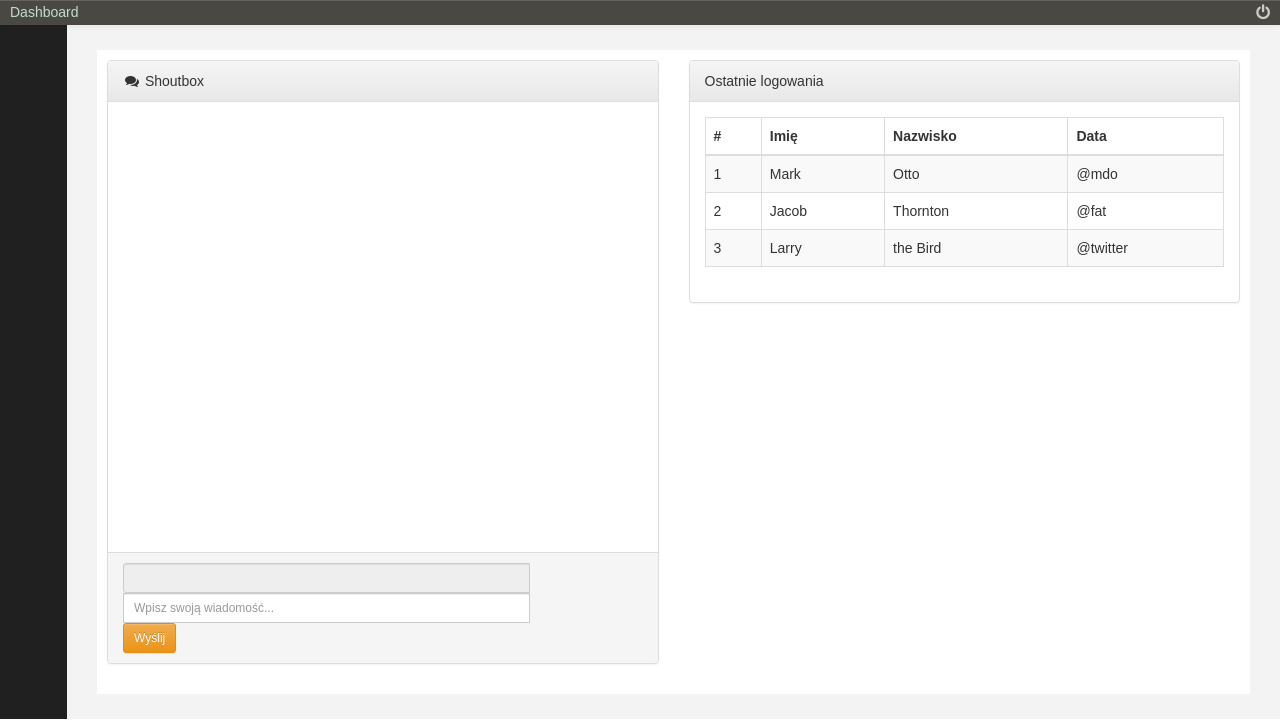
Repository: bitterpiter/angularproject
Page: index.html
The author's editor kept a record of every edit. The page is drawn from the files as they stood at one moment, then again after the next edit.
The browser window is 1280 px wide. The pictures show the whole page.

Above is the page before.
Console error: ReferenceError: startTime is not defined

### index.html
<!DOCTYPE html>
<html ng-app="adminPanel">

<head>
    <meta charset="utf-8">
    <title>Projekt zaawansowane techniki internetowe</title>
    <meta name="description" content="">
    <meta name="viewport" content="width=device-width, initial-scale=1">
    <link rel="stylesheet" href="bower_components/bootstrap/dist/css/bootstrap.min.css">
    <link rel="stylesheet" href="bower_components/bootstrap/dist/css/bootstrap-theme.min.css">
    <link rel="stylesheet" href="bower_components/fontawesome/css/font-awesome.min.css">
    <link rel="stylesheet" href="assets/css/style.css">
    <style>
        .last-login {
            float: right;
            font-size: 16px;
            margin: 2px 10px;
        }
        .panel-title {
            float: left;
            color: #c4dbd2;
            font-size: 14px;
            margin: 2px 10px;
        }
    </style>
</head>

<body>
    <div id="main-container">
        <nav class="navbar navbar-default navbar-cls-top " role="navigation" style="margin-bottom: 0">
            <span class="panel-title">Dashboard</span>
            <span class="last-login">
                <span id="clock"></span>
                <a href="#" class="little-btn">
                    <i class="fa fa-power-off"></i>
                </a>
            </span>
        </nav>
        <nav class="navbar-default navbar-side no-radius" role="navigation">
            <div class="sidebar-collapse">
                <ul class="nav" id="main-menu" ng-controller="menuCtrl">
                    <li ng-repeat="position in menuPositions">
                        <a href="{{position.href}}"><i class="fa {{position.icon}} fa-3x"></i>
                        <span class="menu-title">{{position.title}}</span>
                        </a>
                    </li>
                </ul>
            </div>
        </nav>

        <div id="page-wrapper">
            <div id="page-inner">
                <div class="row">
                    <div class="col-md-6 col-sm-12 col-xs-12">

                        <div ng-controller="shoutboxCtrl" class="chat-panel panel panel-default chat-boder chat-panel-head">
                            <div class="panel-heading">
                                <i class="fa fa-comments fa-fw"></i>
                                <span>Shoutbox</span>
                            </div>

                            <div class="panel-body">
                                <ul class="chat-box">
                                    <li ng-repeat="(id,message) in shoutboxMessages | orderBy:'date'" class="left clearfix">
                                        <span class="chat-img pull-left">
                                            <i class="fa fa-user fa-3x"></i>
                                        </span>
                                        <div class="chat-body">
                                            <strong>{{message.user}}</strong>
                                            <a class="fa fa-remove fa-fw remove-msg" ng-click="removeMessage(id)"></a>
                                            <small class="pull-right text-muted">
                                                <i class="fa fa-clock-o fa-fw"></i>{{message.date | date:'yyyy-MM-dd HH:mm:ss'}}
                                            </small>
                                            <p>
                                                {{message.msg}}
                                            </p>
                                        </div>
                                    </li>
                                </ul>
                            </div>
                            <div class="panel-footer">
                                <div class="input-group">

                                    <form ng-submit="addMessage(newMessage, newMsgUser)">
                                        <input type="text" ng-model="newMsgUser" class="form-control input-sm" readonly />

                                            <input type="text" ng-model="newMessage" class="form-control input-sm" placeholder="Wpisz swoją wiadomość..." />
                                            <button class="btn btn-warning btn-sm" id="btn-chat">
                                                Wyślij
                                            </button>
                                        </span>
                                    </form>
                                </span>
                                </div>
                            </div>
                        </div>
                    </div>
                     <div class="col-md-6 col-sm-12 col-xs-12">
                        <div class="panel panel-default">
                            <div class="panel-heading">
                                Ostatnie logowania
                            </div>
                            <div class="panel-body">
                                <div class="table-responsive">
                                    <table class="table table-striped table-bordered table-hover">
                                        <thead>
                                            <tr>
                                                <th>#</th>
                                                <th>Imię</th>
                                                <th>Nazwisko</th>
                                                <th>Data</th>
                                            </tr>
                                        </thead>
                                        <tbody>
                                            <tr>
                                                <td>1</td>
                                                <td>Mark</td>
                                                <td>Otto</td>
                                                <td>@mdo</td>
                                            </tr>
                                            <tr>
                                                <td>2</td>
                                                <td>Jacob</td>
                                                <td>Thornton</td>
                                                <td>@fat</td>
                                            </tr>
                                            <tr>
                                                <td>3</td>
                                                <td>Larry</td>
                                                <td>the Bird</td>
                                                <td>@twitter</td>
                                            </tr>
                                        </tbody>
                                    </table>
                                </div>
                            </div>
                        </div>
                    </div>
                </div>
            </div>
        </div>
    </div>
    <script type="text/javascript" src="bower_components/angular/angular.min.js"></script>
    <script type="text/javascript" src="bower_components/angular-ui-router/release/angular-ui-router.min.js"></script>
    <script type="text/javascript" src="bower_components/angularfire/dist/angularfire.min.js"></script>
    <script type="text/javascript" src="bower_components/firebase/firebase.js"></script>
    <script type="text/javascript" src="bower_components/jquery/dist/jquery.min.js"></script>
    <script type="text/javascript" src="bower_components/underscore/underscore-min.js"></script>
    <script type="text/javascript" src="bower_components/jquery/dist/jquery.min.js"></script>
    <script type="text/javascript" src="bower_components/bootstrap/dist/js/bootstrap.min.js"></script>
    <script type="text/javascript" src="assets/js/clock.js"></script>
    <script type="text/javascript" src="assets/js/timeconvert.js"></script>
    <script type="text/javascript" src="assets/js/script.js"></script>
    <script type="text/javascript" src="assets/js/config.js"></script>
    <script type="text/javascript" src="assets/js/controllers/shoutbox.js"></script>
    <script type="text/javascript" src="assets/js/factories/shoutbox_factory.js"></script>
    <script type="text/javascript" src="assets/js/controllers/menu.js"></script>
    <script type="text/javascript" src="assets/js/factories/menu_factory.js"></script>


</body>

</html>

### assets/css/style.css

body {
    font-family: 'Ubuntu', sans-serif;
}
#main-container {
    width: 100%;
    background: #202020;
}
#page-wrapper {
    padding: 15px 15px;
    background: #F3F3F3;
}
#page-inner {
    width: 100%;
    margin: 10px 20px 10px 0px;
    background-color: #fff!important;
    padding: 10px;
}
.no-radius{
    border-radius: 0px;
}
.text-center {
    text-align: center;
}
.no-boder {
    border: 1px solid #f3f3f3;
}
h2 {
    color: #f00;
}
h4 {
    padding-top: 10px;
}
.square-btn-adjust {
    border: 0px solid transparent;
    -webkit-border-radius: 0px;
    -moz-border-radius: 0px;
    border-radius: 0px;
}
p {
    font-size: 16px;
    line-height: 25px;
    padding-top: 20px;
}
.panel-back {
    background-color: #F8F8F8;
}
.noti-box {
    min-height: 100px;
    padding: 20px;
}
.noti-box .icon-box {
    display: block;
    float: left;
    margin: 0 15px 10px 0;
    width: 70px;
    height: 70px;
    line-height: 75px;
    vertical-align: middle;
    text-align: center;
    font-size: 40px;
}
.text-box p {
    margin: 0 0 3px;
}
.main-text {
    font-size: 25px;
    font-weight: 600;
}
.set-icon {
    -webkit-border-radius: 50px;
    -moz-border-radius: 50px;
    border-radius: 50px;
}
.bg-color-green {
    background-color: #00CE6F;
    color: #fff;
}
.bg-color-blue {
    background-color: #A95DF0;
    color: #fff;
}
.bg-color-red {
    background-color: #DB0630;
    color: #fff;
}
.bg-color-brown {
    background-color: #B94A00;
    color: #fff;
}
.icon-box-right {
    display: block;
    float: right;
    margin: 0 15px 10px 0;
    width: 70px;
    height: 70px;
    line-height: 75px;
    vertical-align: middle;
    text-align: center;
    font-size: 40px;
}
.main-temp-back {
    background: #8702A8;
    color: #FFFFFF;
    font-size: 16px;
    font-weight: 300;
    text-align: center;
}
.main-temp-back .text-temp {
    font-size: 40px;
}
.back-dash {
    padding: 20px;
    font-size: 20px;
    font-weight: 500;
    -webkit-border-radius: 0px;
    -moz-border-radius: 0px;
    border-radius: 0px;
    background-color: #2EA7EB;
    color: #fff;
}
.back-dash p {
    padding-top: 16px;
    font-size: 13px;
    color: #fff;
    line-height: 25px;
    text-align: justify;
}
.back-footer-green {
    background-color: #009B50;
    border-top: 0px solid #fff;
}
.back-footer-red {
    background-color: #AF0000;
    border-top: 0px solid #fff;
}
.color-bottom-txt {
    color: #000;
    font-size: 16px;
    line-height: 30px;
}
.chat-panel .panel-body {
    height: 450px;
    overflow-y: scroll;
}
.chat-box {
    margin: 0;
    padding: 0;
    list-style: none;
}
.chat-box li {
    margin-bottom: 15px;
    padding-bottom: 5px;
    border-bottom: 1px dotted #808080;
}
.chat-box li.left .chat-body {
    margin-left: 90px;
}
.chat-box li .chat-body p {
    margin: 0;
    color: #8d8888;
}
.chat-img>img {
    margin-left: 20px;
}
.user-image {
    margin: 25px auto;
    -webkit-border-radius: 10px;
    -moz-border-radius: 10px;
    border-radius: 10px;
    max-height: 170px;
    max-width: 170px;
}
.navbar-cls-top .navbar-brand {
    color: #fff;
    background: #C90000;
    width: 260px;
    text-align: center;
    height: 60px;
    font-size: 30px;
    font-weight: 700;
}
.active-menu {
    background-color: #C90000!important;
}
.arrow {
    float: right;
}
.fa.arrow:before {
    content: "\f104";
}
.active > a > .fa.arrow:before {
    content: "\f107";
}
.nav-second-level li,
.nav-third-level li {
    border-bottom: none !important;
}
.nav-second-level li a {
    padding-left: 37px;
}
.nav-third-level li a {
    padding-left: 55px;
}
.sidebar-collapse,
.sidebar-collapse .nav {
    background: none;
}
.sidebar-collapse .nav {
    padding: 0;
}
.sidebar-collapse .nav > li > a {
    color: #fff;
    background: #202020;
    text-shadow: none;
    padding: 10px 12px;
    text-align: center;
}
.sidebar-collapse .nav > li > a:hover,
.sidebar-collapse .nav > li > a:focus {
    background: #0A0A0A;
    outline: 0;
}
.nav-second-level > li > a:before,
.nav-third-level > li > a:before {
    content: "";
    display: block;
    position: absolute;
    left: 20px;
    width: 15px;
    height: 1px;
    background: #ff0000;
    top: 20px;
}
.nav-second-level > li > a:after,
.nav-third-level > li > a:after {
    content: "";
    display: block;
    position: absolute;
    left: 20px;
    width: 1px;
    height: 100%;
    background: #ff0000;
    top: 0px;
    z-index: 10;
}
.nav-second-level > li:last-child > a:after,
.nav-third-level > li:last-child > a:after {
    height: 50%;
}
.nav-third-level > li > a:after,
.nav-third-level > li > a:before {
    left: 40px;
}
.navbar-side {
    border: none;
    background-color: #202020;
}
.navbar-cls-top {
    background: #494842;
    border-bottom: none;
    height: 25px;
    min-height: 25px;
    width: 100%;
    z-index: 10000;
}
.navbar-cls-top .navbar-brand:hover {
    background: #C90000;
    color: #fff;
}
.navbar-default {
    border: 0px solid black;
}
.navbar-header {
    background: #A70303;
}
.navbar-default .navbar-toggle:hover,
.navbar-default .navbar-toggle:focus {
    background-color: #B40101;
}
.navbar-default .navbar-toggle {
    border-color: #fff;
}
.navbar-default .navbar-toggle .icon-bar {
    background-color: #FFF;
}
.last-login, .little-btn {
    color: #ccc;
}
.little-btn {
    display: inline-block;
}
.little-btn:active, .little-btn:visited {
    color: #ccc;
}
.little-btn:hover {
    color: #F00;
}
#clock {
    margin-right: 12px;
    font-size: 14px;
}
.remove-msg {
    cursor: pointer;
    color: #ccc;
}

.remove-msg:hover {
    color: #F00;
    text-decoration: none;
}
.menu-title {
    display: none;
}
.btn-chat-submit {
    float: right;
}
/*============================*/
@media(min-width:768px) {
    #page-wrapper {
        margin: 0 0 0 67px;
        padding: 15px 30px;
    }
    .navbar-side {
        z-index: 1;
        position: absolute;
        width: 67px;
    }
    .navbar {
        border-radius: 0px;
    }
}

### assets/js/timeconvert.js
function timeConverter(UNIX_timestamp) {
    var a = new Date(UNIX_timestamp * 1000);
    var months = ['Jan', 'Feb', 'Mar', 'Apr', 'May', 'Jun', 'Jul', 'Aug', 'Sep', 'Oct', 'Nov', 'Dec'];
    var year = a.getFullYear();
    var month = months[a.getMonth()];
    var date = a.getDate();
    var hour = a.getHours();
    var min = a.getMinutes();
    var sec = a.getSeconds();

    var time = date + ',' + month + ' ' + year + ' ' + hour + ':' + min + ':' + sec;
    return time;
}

### assets/js/script.js
$(document).ready(function() {
    startTime();
});

### assets/js/config.js
var myApp = angular.module("adminPanel", ["ui.router", "firebase"]);

myApp.constant('FIREBASE_URI', "https://website-techs.firebaseio.com/");
myApp.config(function($stateProvider, $urlRouterProvider) {
    $stateProvider
        .state('dashboard', {
            url: '/dashboard',
            templateUrl: 'templates/dashboard.html'
        })
        .state('categories', {
            url: '/categories',
            templateUrl: 'templates/categories.html'
        })
        .state('add-item', {
            url: '/add-item',
            templateUrl: 'templates/add-item.html',
            controller: 'ListCtrl'
        })
        .state('list.item', {
            url: '/:item',
            templateUrl: 'templates/list.item.html',
            controller: function($scope, $stateParams) {
                $scope.item = $stateParams.item;
            }
        });
    $urlRouterProvider.otherwise('/dashboard');
});

### assets/js/controllers/shoutbox.js
myApp.controller("shoutboxCtrl", function($scope, ShoutboxMessages) {
    $scope.newMsgUser = "John Locke";
    $scope.shoutboxMessages = ShoutboxMessages.getMessages();
    $scope.addMessage = function(msg, newMsgUser) {
        ShoutboxMessages.addMessage({
            user: newMsgUser,
            date: Date.now(),
            msg: msg
        });
        delete $scope.newMessage;
    };
    $scope.removeMessage = function (id) {
        ShoutboxMessages.removeMessage(id);
    };
});

### assets/js/controllers/menu.js
myApp.controller("menuCtrl", function($scope, MenuPositions) {
    $scope.menuPositions = MenuPositions;
});

### assets/js/factories/menu_factory.js
myApp.factory("Menu", function() {
    var menuPositions = [
        {href: "index.html", icon: "fa-dashboard", title: "Dashboard"},
        {href: "index.html", icon: "fa-desktop", title: "Dashboard"},
        {href: "index.html", icon: "fa-qrcode", title: "Dashboard"},
        {href: "index.html", icon: "fa-bar-chart-o", title: "Dashboard"},
        {href: "index.html", icon: "fa-table", title: "Dashboard"},
        {href: "index.html", icon: "fa-edit", title: "Dashboard"},
        {href: "index.html", icon: "fa-square", title: "Dashboard"},
    ];

});

Loaded but not shown: bower_components/bootstrap/dist/css/bootstrap.min.css (library); bower_components/bootstrap/dist/css/bootstrap-theme.min.css (library); bower_components/fontawesome/css/font-awesome.min.css (library); bower_components/angular/angular.min.js (library); bower_components/angular-ui-router/release/angular-ui-router.min.js (library); bower_components/angularfire/dist/angularfire.min.js (library); bower_components/firebase/firebase.js (library); bower_components/jquery/dist/jquery.min.js (library); bower_components/underscore/underscore-min.js (library); bower_components/bootstrap/dist/js/bootstrap.min.js (library); assets/js/clock.js (no copy from this time; the picture is the same without it); assets/js/factories/shoutbox_factory.js (no copy from this time; the picture is the same without it)

After the next edit:
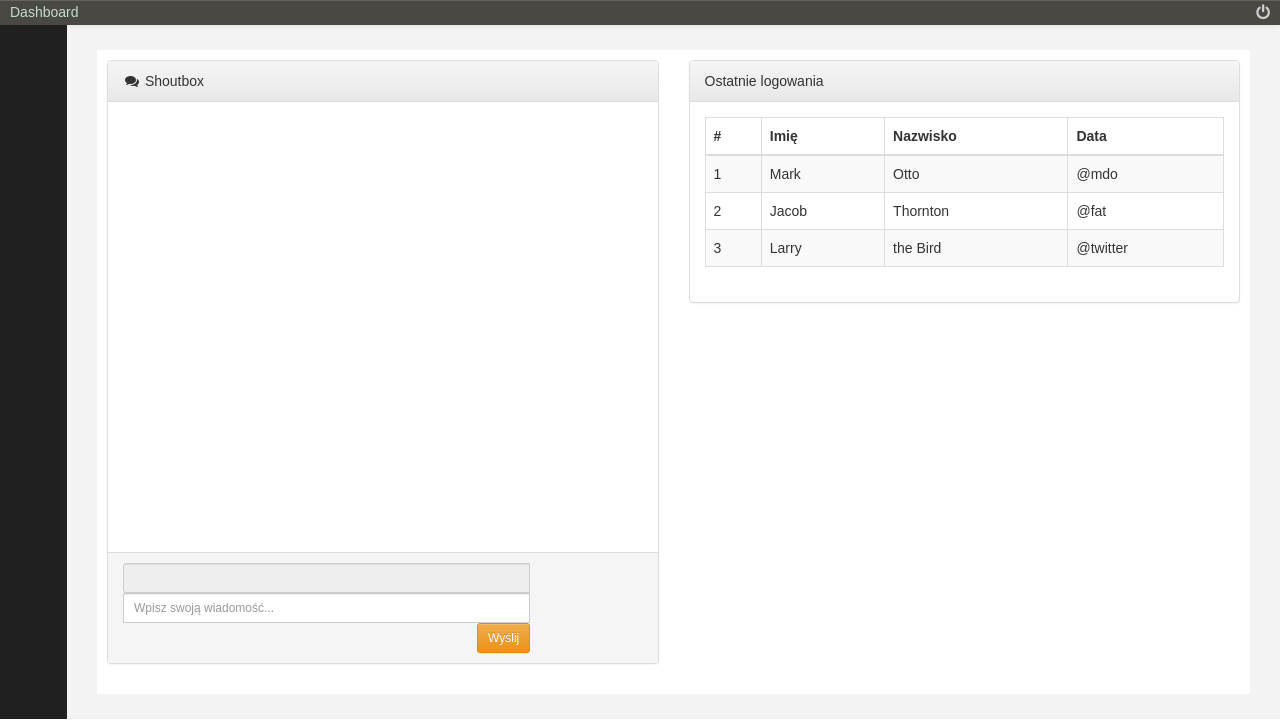
The edit:
--- a/index.html
+++ b/index.html
@@ -83,12 +83,10 @@
 
                                     <form ng-submit="addMessage(newMessage, newMsgUser)">
                                         <input type="text" ng-model="newMsgUser" class="form-control input-sm" readonly />
-
-                                            <input type="text" ng-model="newMessage" class="form-control input-sm" placeholder="Wpisz swoją wiadomość..." />
-                                            <button class="btn btn-warning btn-sm" id="btn-chat">
-                                                Wyślij
-                                            </button>
-                                        </span>
+                                        <input type="text" ng-model="newMessage" class="form-control input-sm" placeholder="Wpisz swoją wiadomość..." />
+                                        <button class="btn btn-warning btn-sm btn-chat-submit" id="btn-chat">
+                                            Wyślij
+                                        </button>
                                     </form>
                                 </span>
                                 </div>
